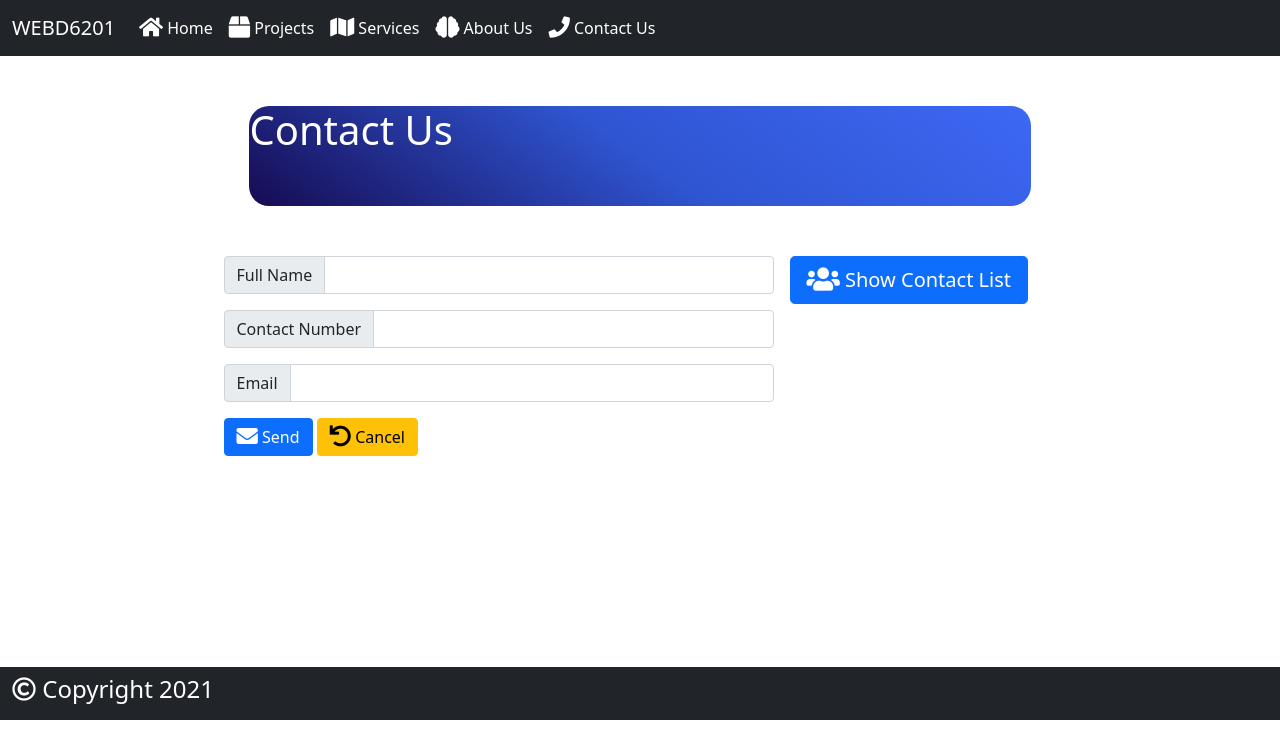
Repository: AshokSasi/WEBD6201-ASasi-JYuan-Lab2
Page: contact.html
An editor plug-in stored every save of this project. The page is shown before and after the next save, followed by the edit.
The browser window is 1280 px wide. The pictures show the whole page.

Above is the page before, as saved 2021-01-28 20:41:20.
Not found: Scripts/contact.js

After the next save:
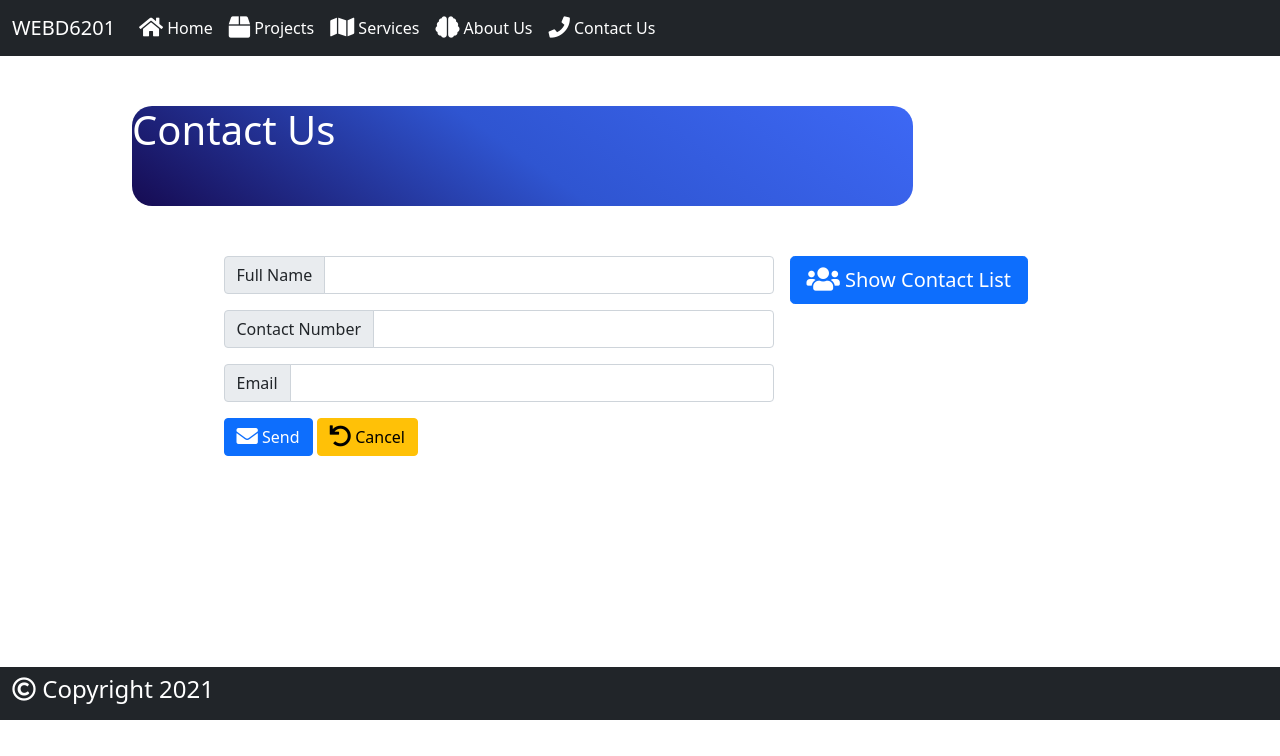
Saved 13 s later.
--- a/Content/app.css
+++ b/Content/app.css
@@ -10,7 +10,7 @@
     border-radius: 20px;
     width: 70%;
     height: 100px;
-    margin: 50px auto;
+    margin: 50px ;
     background: linear-gradient(35deg,#160b52,#2f55d1,#3d68f5)
 }
 .contactUsForm{

After the save that followed:
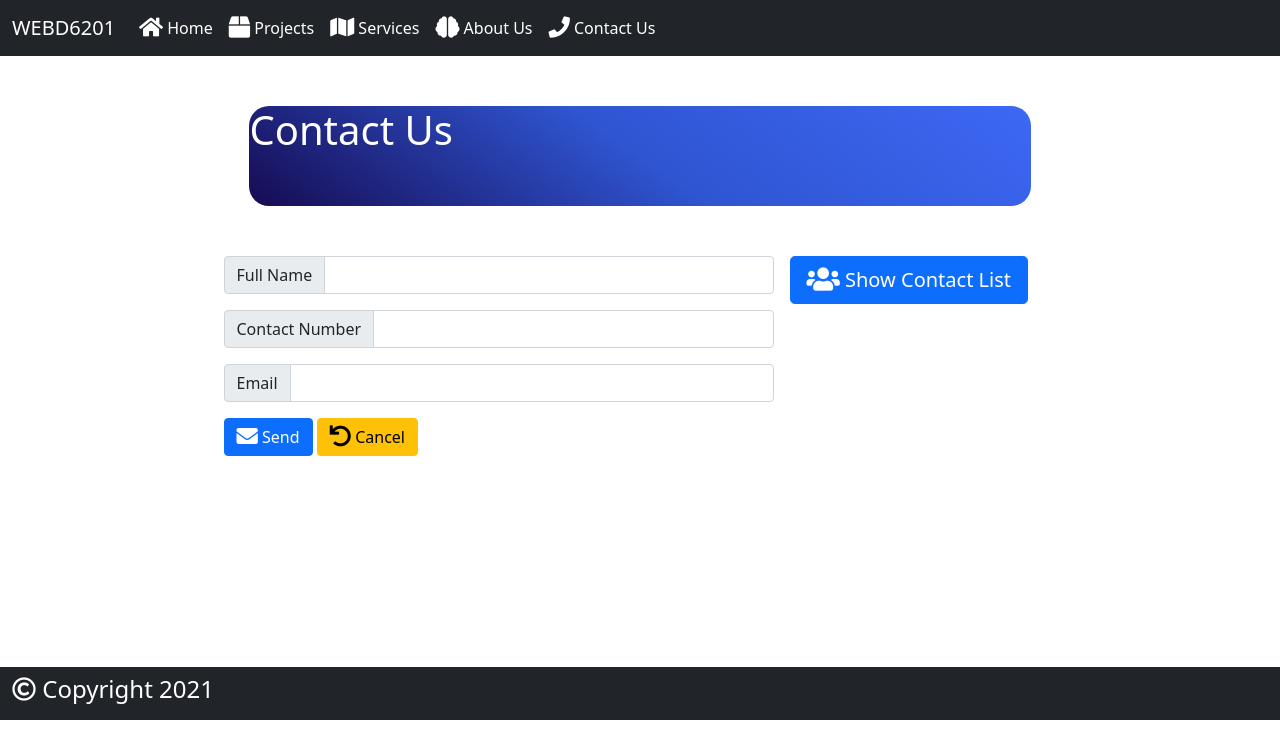
Saved 5 s later.
--- a/Content/app.css
+++ b/Content/app.css
@@ -10,7 +10,7 @@
     border-radius: 20px;
     width: 70%;
     height: 100px;
-    margin: 50px ;
+    margin: 50px auto;
     background: linear-gradient(35deg,#160b52,#2f55d1,#3d68f5)
 }
 .contactUsForm{
